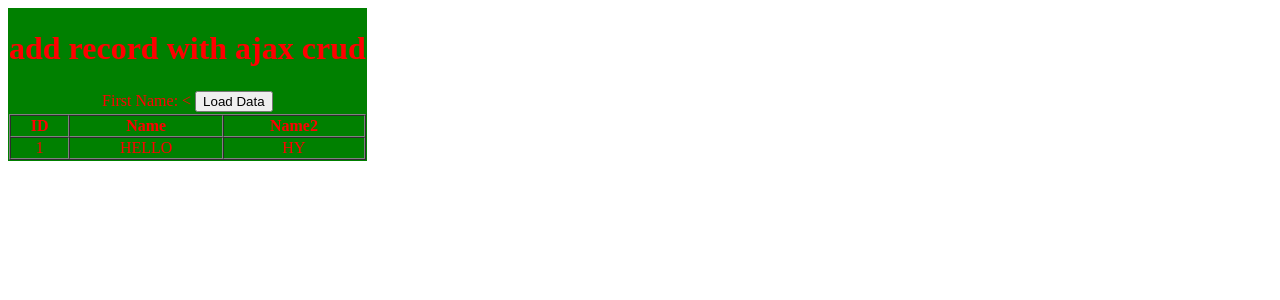
Repository: Tauqeer124/newrepo
Page: http://localhost/insertdata.php
These files come from the project's save history. The page is drawn as it stood at one moment and after a run of saves; the edit follows.
The browser window is 1280 px wide. The pictures show the whole page.
The page is run by PHP 8.4 with error messages shown; the project is at /var/www/html/.

Above is the page before, as saved 2023-04-28 12:19:31.
Console error: ReferenceError: $ is not defined

### insertdata.php
<!DOCTYPE html>
<html lang="en">
    <head>
        <title> ajax example</title>
        <style>
            #main{
                text-align: center;
                color: red;
                background-color: green;
            }
        </style>
    </head>
    <body>
        <table id="main" border="0" cellspacing="0">
            <tr >
                <td id="header">
                    <h1>add record with ajax crud</h1>
                </td>
            </tr>
            <tr>
                <td id="table-form">
                    First Name: <
                    <input type="button" id="load-button" value="Load Data" >
                </td>
            </tr>
            <tr>
                <td id="table-data">
                    <table border="1" cellspacing="0" cellpading="10px" width="100%" >
                        <tr>
                            <th>ID</th>
                            <th>Name</th>
                            <th>Name2</th>
                        </tr>
                        <tr>
                            <td align="center">1</td>
                            <td align="center">HELLO</td>
                            <td align="center">HY</td>
                        </tr>

                    </table>
                </td>
            </tr>
        </table>
        <script type="text/javascript" src="js/jquery.js"></script>
        <script type="text/javascript">
            $(document).ready(function(){
                $("#load-button").on("click",function(e){
                    $.ajax({
                        url: "ajaxlaod.php",
                        type:"post",
                        success: function(data){
                            $("#table-data").html(data);
                        }

                    });
                });
            });
        </script>
    </body>

</html>

Loaded but not shown: js/jquery.js (no copy from this time; the picture is the same without it)

After the next 2 saves:
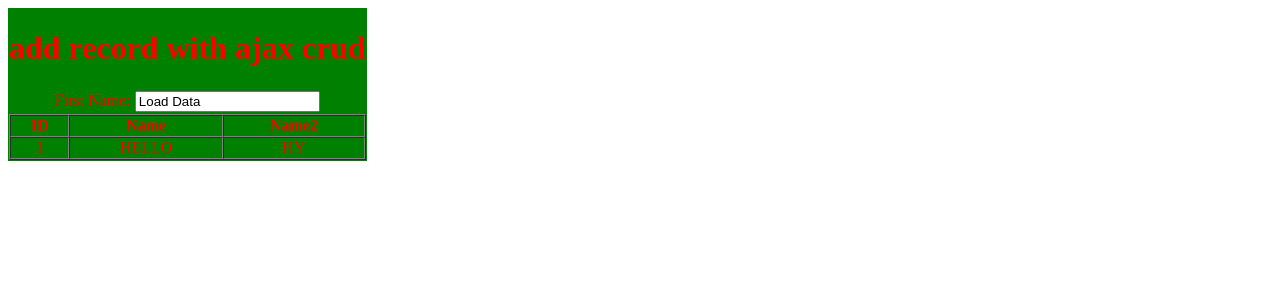
The 2 saves are shown as one change because they came seconds apart.
The last was saved 5 s later.
--- a/insertdata.php
+++ b/insertdata.php
@@ -19,7 +19,7 @@
             </tr>
             <tr>
                 <td id="table-form">
-                    First Name: <
+                    First Name: <input type="text" name="
                     <input type="button" id="load-button" value="Load Data" >
                 </td>
             </tr>
